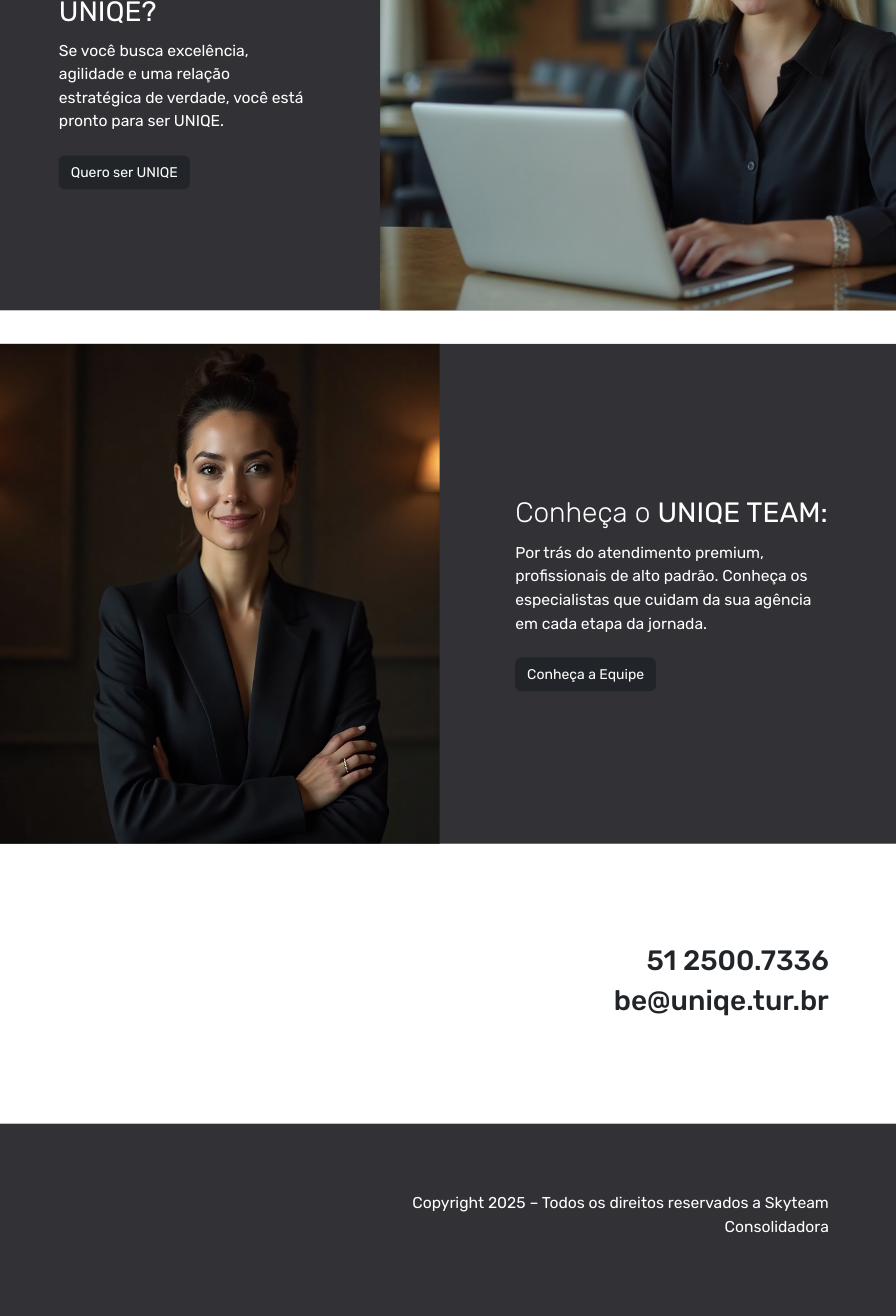
Repository: SkyTeam-Dev/Site-Uniqe
Page: http://localhost/
An editor plug-in stored every save of this project. The page is shown before and after the next save, followed by the edit.
The browser window is 1280 px wide. The pictures show the part of the page from y = 2906 to 4826 px (the page is 4786 px tall before and 4826 px after), at 70% of full size.
Some web libraries are served in a nearby version. The page is run by PHP 8.4 with error messages shown; the project is at /var/www/html/.

Above is the page before, as saved 2025-07-08 09:41:07.

After the next save:
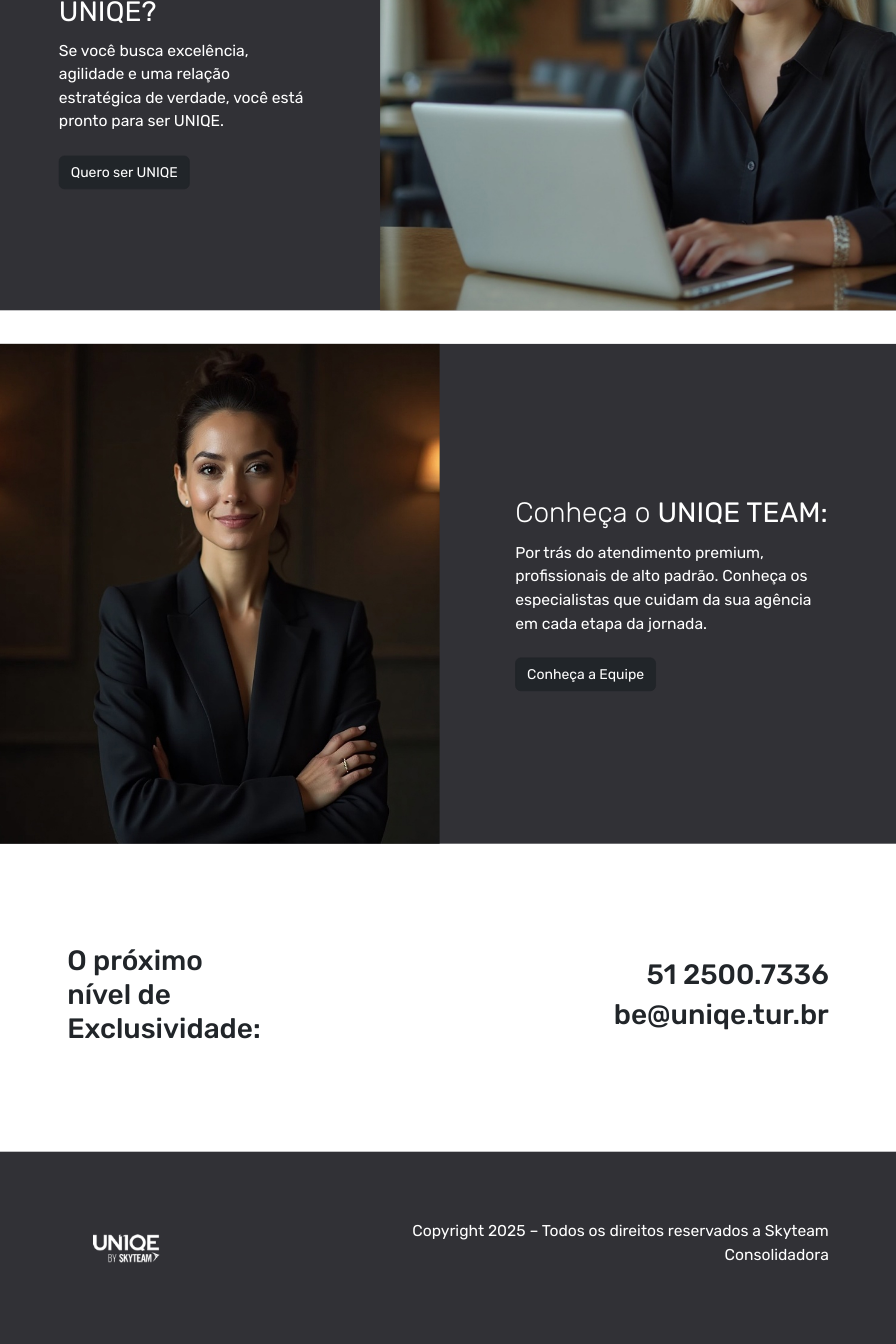
Saved 24 s later.
--- a/index.php
+++ b/index.php
@@ -501,7 +501,9 @@
         <div class="row align-items-center">
             <div class="col-md-4 p-5 mb-4 mb-md-0">
                 <div class="p-5 text-start">
-                    <img src="Templates/Default/Imagens/Logo_Uniqe_Branco.png" class="ms-4 img-fluid fw-bold">
+
+                    <h1 class="text-start">O próximo nível de Exclusividade:</h1>
+
                 </div>
             </div>
 
@@ -522,7 +524,7 @@
             <div class="col-md-4 p-5 mb-4 mb-md-0">
                 <div class="p-5 text-start">
 
-
+                    <img src="Templates/Default/Imagens/Logo_Uniqe_Branco.png" class="ms-4 img-fluid fw-bold">
 
                 </div>
             </div>
@@ -530,7 +532,8 @@
             <div class="col-md-8 p-5 mb-4 mb-md-0">
                 <div class="p-5">
 
-                    <p class="text-end">Copyright <?php echo date("Y");?> – Todos os direitos reservados a Skyteam Consolidadora </p>
+                    <p class="text-end">Copyright <?php echo date("Y");?> – Todos os direitos reservados a Skyteam
+                        Consolidadora </p>
                 </div>
             </div>
 
